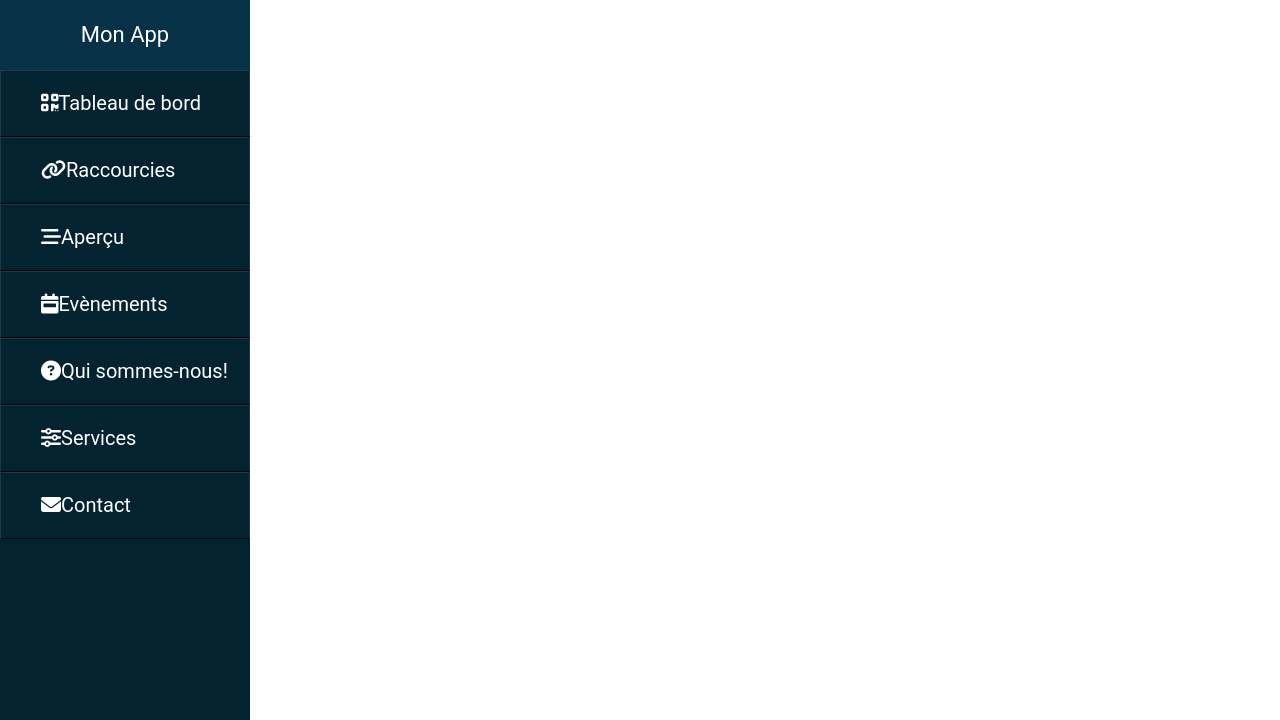
Repository: Alex-Serky/Dossier-Nav
Page: Nav-Sidebar/index.html
These files come from the project's save history. The page is drawn as it stood at one moment and after the next save; the edit follows.
The browser window is 1280 px wide. The pictures show the whole page.
Some web libraries are served in a nearby version.

Above is the page before, as saved 2020-02-21 09:30:16.

After the next save:
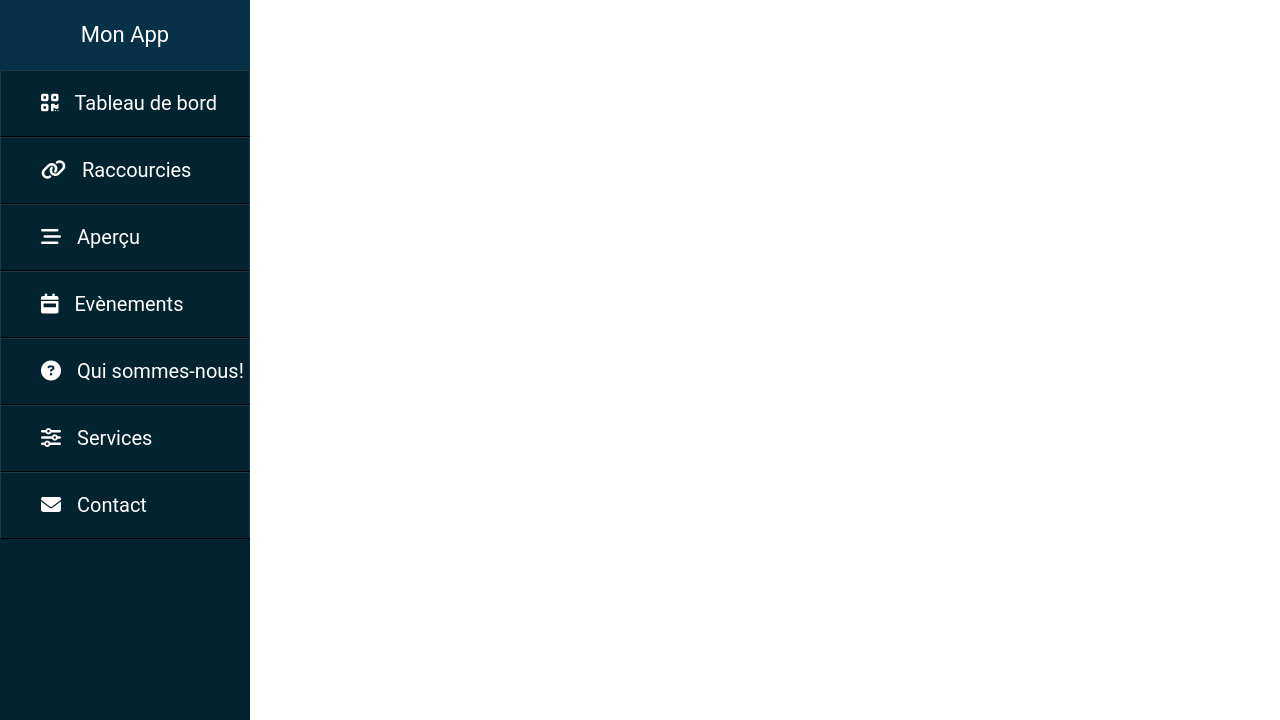
Saved 100 s later.
--- a/Nav-Sidebar/style.css
+++ b/Nav-Sidebar/style.css
@@ -44,3 +44,7 @@ body {
 ul li:hover a {
   padding-left: 50px;
 }
+
+.sidebar ul a i {
+  margin-right: 16px;
+}
